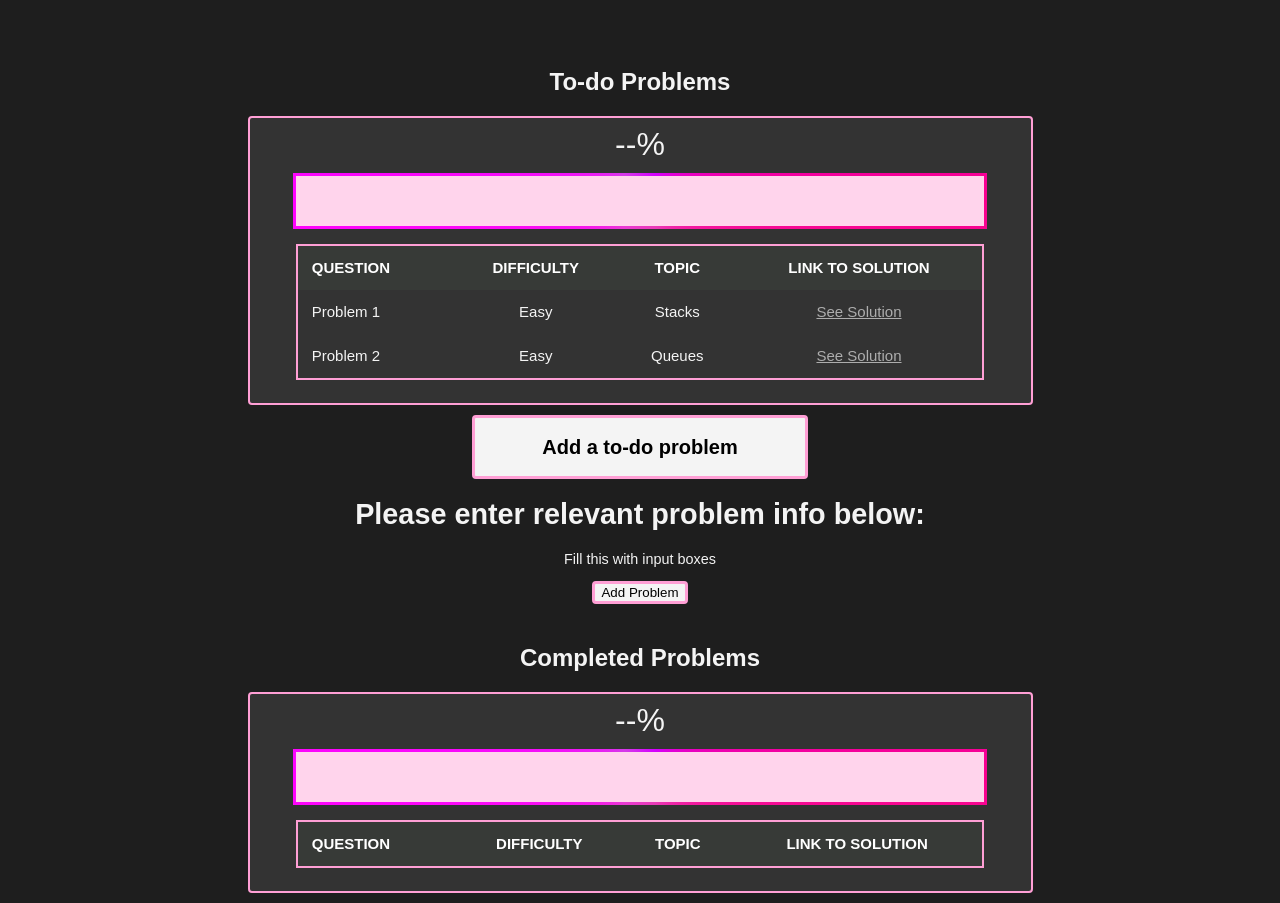
Repository: bbrockbrown/leet-code-tracker
Page: index.html
The author's editor kept a copy of each file at every save. The page is drawn from the files as they stood at one save, then again after the next save.
The browser window is 1280 px wide. The pictures show the whole page.

Above is the page before, as saved 2024-08-02 10:20:17.

After the next save:
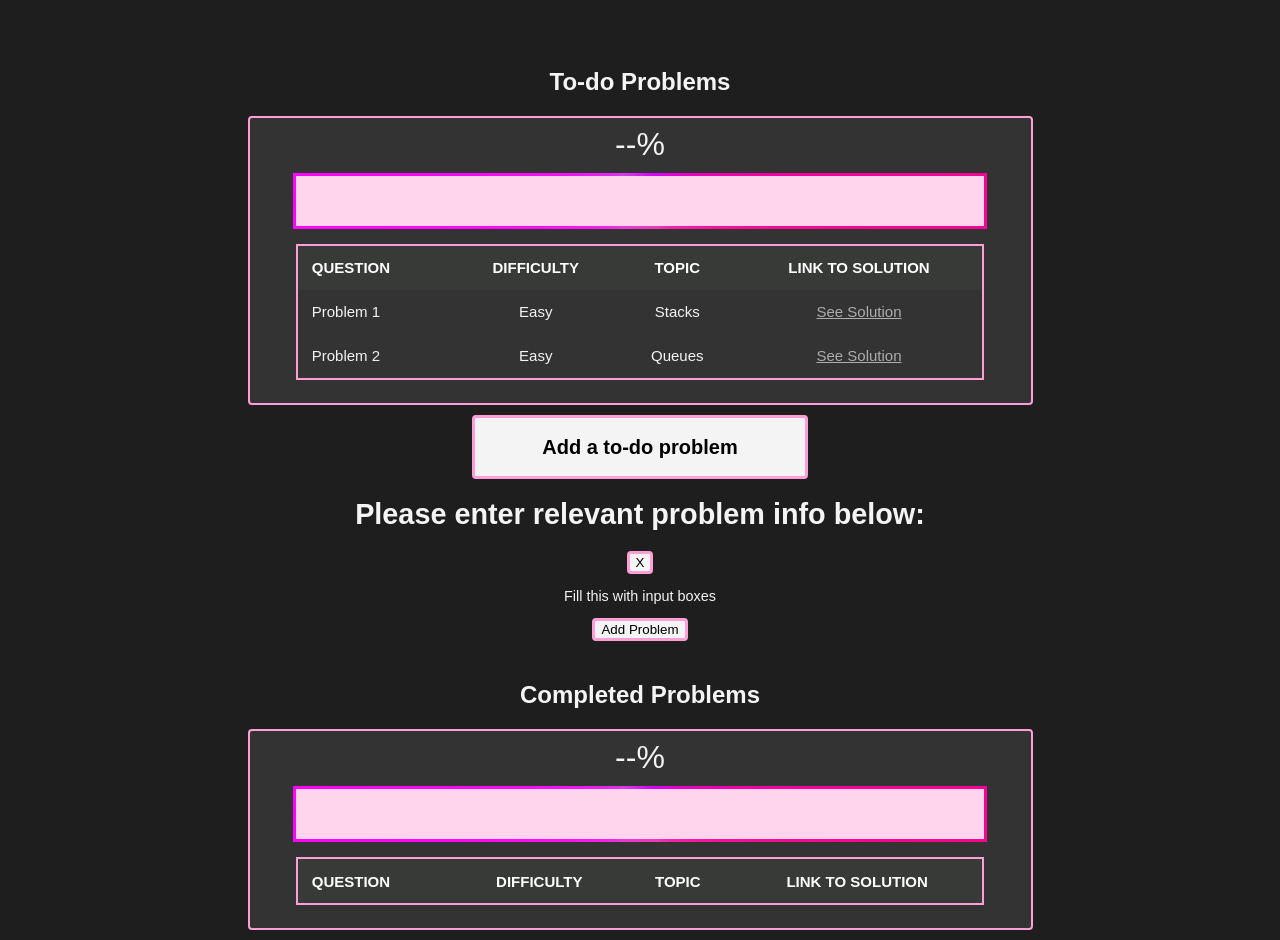
Saved 36 s later.
--- a/index.html
+++ b/index.html
@@ -44,7 +44,10 @@
             <button id="add-problem-button"><h2>Add a to-do problem</h2></button>
             <div class="popup" id="add-todo-problem">
                 <div class="popup-content">
-                    <h1>Please enter relevant problem info below:</h1>
+                    <div class="popup-header">
+                        <h1>Please enter relevant problem info below:</h1>
+                        <button id="close-popup">X</button>
+                    </div>
                     <p>Fill this with input boxes</p>
                     <button id="enter-problem-button">Add Problem</button>
                 </div>
